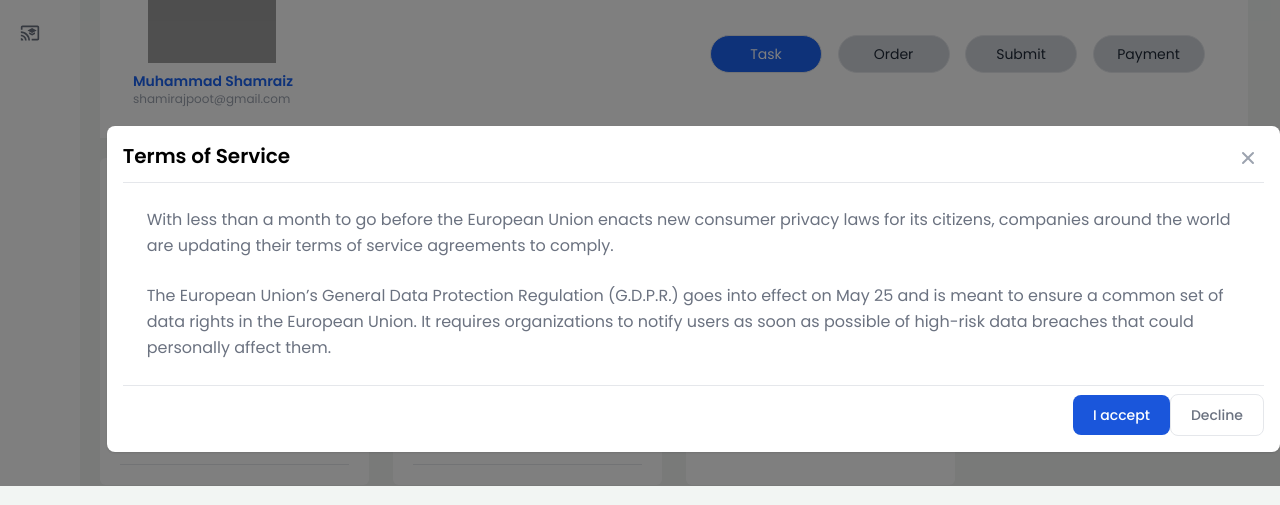
Repository: Shamraiz761/Frontend-Assessment
Page: /, after clicking the first element matching `button.bg-white`
These files come from the project's save history. The page is drawn as it stood at one moment and after the next save; the edit follows.
The browser window is 1280 px wide. The pictures show the part of the page from y = 234 to 739 px (the page is 739 px tall).
Pictures or frames that could not be fetched are drawn as grey boxes. The project was rebuilt for these pictures with package versions that can differ from the ones it lists, and the page was loaded fresh each time. Also part of the build but not shown: vite.config.js. Imported but missing from the stored project, and not drawn on this page: src/pages/auth/login.

Above is the page before, as saved 2023-06-09 12:52:36.

After the next save:
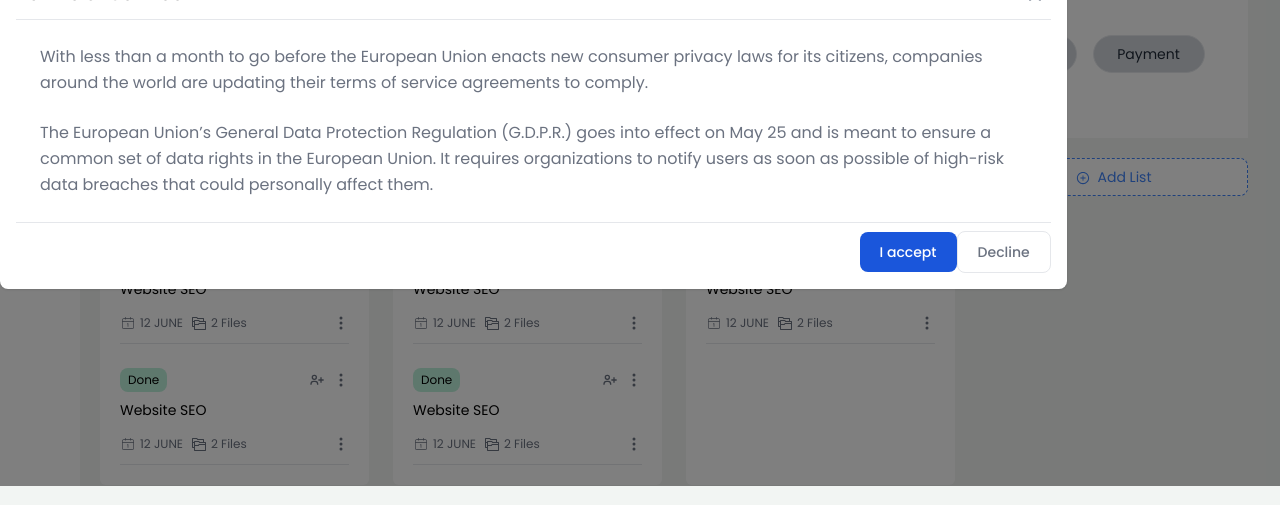
Saved 37 s later.
--- a/src/pages/Dashboard/index.jsx
+++ b/src/pages/Dashboard/index.jsx
@@ -61,8 +61,8 @@ function Home() {
             <h1>Add List</h1>
           </button>
           {isModalOpen && (
-            <div className="fixed w-full top-0 left-0 right-0 bottom-0 z-50 flex min-h-screen  items-center justify-center  bg-opacity-50 bg-black">
-              <div className="w-10/12 ">
+            <div className="fixed w-full top-0 left-0 right-0 bottom-0 z-50   bg-opacity-50 bg-black">
+              <div className="w-10/12 flex min-h-screen  items-center justify-center">
                 <div className="absolute bg-white rounded-lg shadow p-4">
                   {/* Modal header */}
                   <div className="flex items-start justify-between border-b pb-2">
